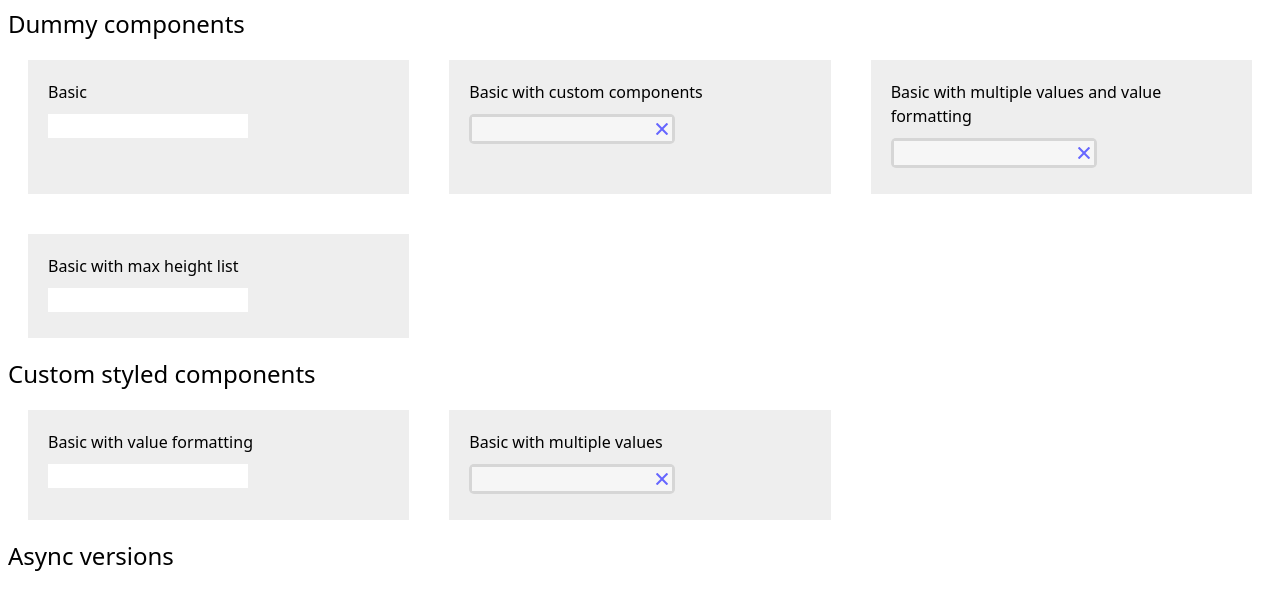
Repository: Frexity/frx-react
Page: / (app in ui/react-select/)
These files come from the project's save history. The page is drawn as it stood at one moment and after the next save; the edit follows.
The browser window is 1280 px wide. The pictures show the whole page.
Some web libraries are served in a nearby version. The project was rebuilt for these pictures with package versions that can differ from the ones it lists, and the page was loaded fresh each time. Also part of the build but not shown: ui/react-select/vite.config.ts, ui/react-select/src/CustomSelectComponents/ListLoadingIndicator.tsx, ui/react-select/src/dummy-components/ControlLoadingIndicator.tsx, ui/react-select/src/dummy-components/ListLoadingIndicator.tsx.

Above is the page before, as saved 2022-08-21 01:30:34.

After the next save:
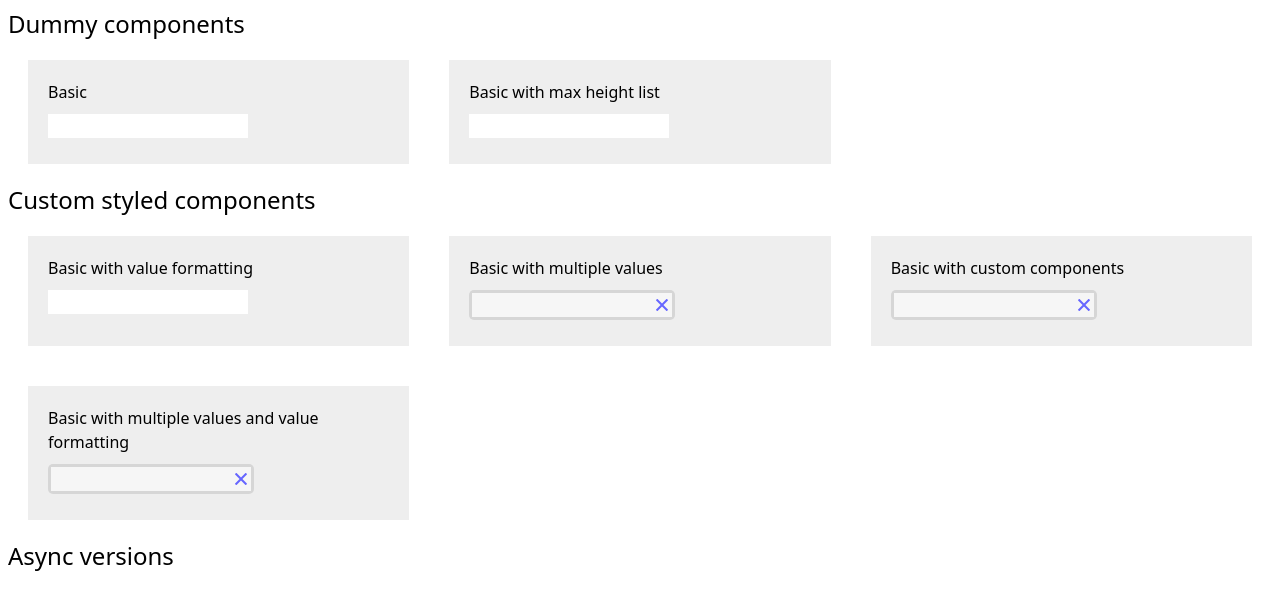
Saved 15 s later.
--- a/ui/react-select/src/App.tsx
+++ b/ui/react-select/src/App.tsx
@@ -39,21 +39,6 @@ export default function App() {
           <h3>Basic</h3>
           <Select options={options} components={dummyComponents} />
         </div>
-        <div className="card">
-          <h3>Basic with custom components</h3>
-          <Select options={options} components={customComponents} />
-        </div>
-        <div className="card">
-          <h3>Basic with multiple values and value formatting</h3>
-          <Select
-            options={options}
-            components={customComponents}
-            canSelectMultipleValues
-            selectedValueFormatter={(value) => {
-              return value ? `This is value: ${value}` : null
-            }}
-          />
-        </div>
         {/* <div className="card">
         <h3>TODO: Basic with initial value</h3>
         <Select options={options} components={customComponents} canSelectMultipleValues />
@@ -85,6 +70,21 @@ export default function App() {
         <div className="card">
           <h3>Basic with multiple values</h3>
           <Select options={options} components={customComponents} canSelectMultipleValues />
+        </div>
+        <div className="card">
+          <h3>Basic with custom components</h3>
+          <Select options={options} components={customComponents} />
+        </div>
+        <div className="card">
+          <h3>Basic with multiple values and value formatting</h3>
+          <Select
+            options={options}
+            components={customComponents}
+            canSelectMultipleValues
+            selectedValueFormatter={(value) => {
+              return value ? `This is value: ${value}` : null
+            }}
+          />
         </div>
       </div>
 
